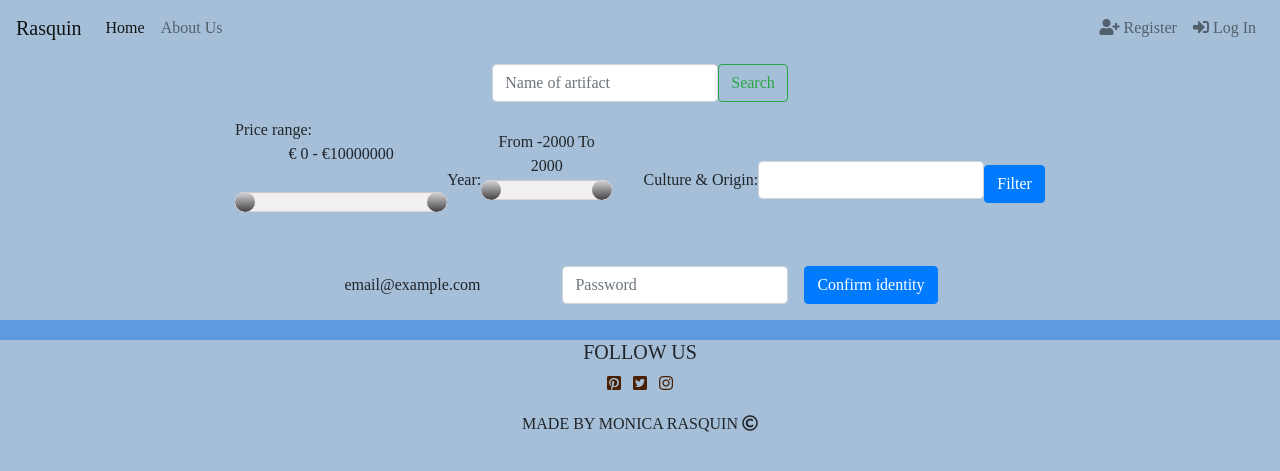
Repository: Rasquin/auction
Page: templates/base.html
The author's editor kept a record of every edit. The page is drawn from the files as they stood at one moment, then again after the next edit.
The browser window is 1280 px wide. The pictures show the whole page.
The template is drawn by Django 2.2. The application's start-up code is not run. The template is opened directly, without the code that normally fills it, so the values that code supplies are empty.

Above is the page before.

After the next edit:
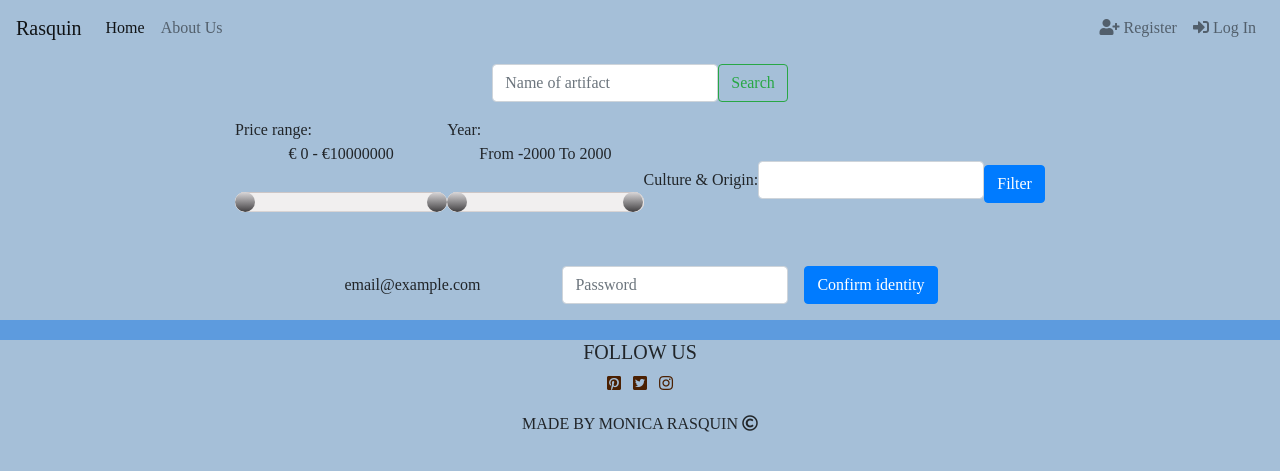
The edit:
--- a/templates/base.html
+++ b/templates/base.html
@@ -106,7 +106,7 @@
             <div class="form-group mb-2" >
                 <label for="amount">Year:</label>
 
-                <div class="col-12 col-md-8">
+                <div class="col-12">
                     <section class="range-slider-year range-slider">
 
                         <span class="rangeYearValues"></span>
